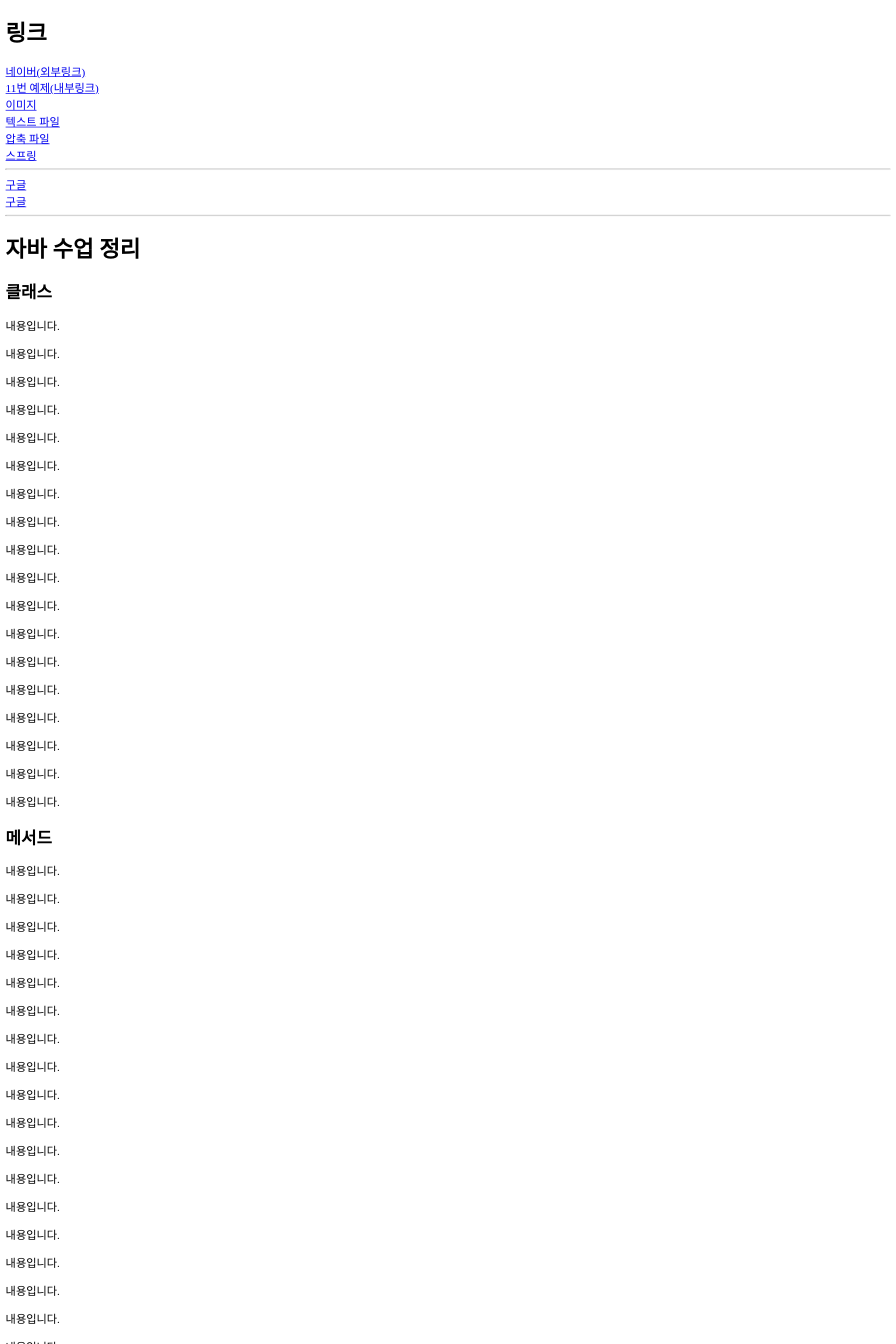
Repository: zzzzzzin/Client
Page: ClientTest/src/main/webapp/html/ex12_link.html
These files come from the project's save history. The page is drawn as it stood at one moment and after the next save; the edit follows.
The browser window is 1280 px wide. The pictures show the part of the page from y = 0 to 1920 px (the page is 2730 px tall before and 2822 px after), at 70% of full size.

Above is the page before, as saved 2024-03-13 03:25:00.

### ClientTest/src/main/webapp/html/ex12_link.html
<!DOCTYPE html>
<html>
<head>
<meta charset="EUC-KR">
<title>ex12_link</title>
</head>
<body>
	<!--
		링크, Link
		- <a>, anchor
		- 쌍태그, 혼합형

		1. Link
		2. Anchor

		a. href
			- 이동할 URL
	-->

	<h1>링크</h1>
	<a href="https://www.naver.com">네이버(외부링크)</a>
	<br>
	<a href="ex11_list.html">11번 예제(내부링크)</a>
	<br>
	<a href="images/dog.jpg">이미지</a>
	<br>
	<a href="test.txt">텍스트 파일</a>
	<br>
	<a href="html.zip">압축 파일</a>
	<br>
	<a href="https://spring.io">스프링</a>

	<hr>

	<!--
		a. targer
		- 열거형
		1. _blank
			- 새로운 창에서 링크 열기
		2. _self(default)
			- 현재 창에서 링크 열기
		3. _parent
		4. _top
		e. 프레임명


	-->
	<a href="http://google.com" target="_self">구글</a>
	<br>
	<a href="http://google.com" target="_blank">구글</a>

	<hr>

	<h1>자바 수업 정리</h1>

	<h2>클래스</h2>
	<p>내용입니다.</p><p>내용입니다.</p><p>내용입니다.</p><p>내용입니다.</p><p>내용입니다.</p><p>내용입니다.</p><p>내용입니다.</p><p>내용입니다.</p><p>내용입니다.</p><p>내용입니다.</p><p>내용입니다.</p><p>내용입니다.</p><p>내용입니다.</p><p>내용입니다.</p><p>내용입니다.</p><p>내용입니다.</p><p>내용입니다.</p><p>내용입니다.</p>

	<h2>메서드</h2>
	<p>내용입니다.</p><p>내용입니다.</p><p>내용입니다.</p><p>내용입니다.</p><p>내용입니다.</p><p>내용입니다.</p><p>내용입니다.</p><p>내용입니다.</p><p>내용입니다.</p><p>내용입니다.</p><p>내용입니다.</p><p>내용입니다.</p><p>내용입니다.</p><p>내용입니다.</p><p>내용입니다.</p><p>내용입니다.</p><p>내용입니다.</p><p>내용입니다.</p>

	<h2>인터페이스</h2>
	<p>내용입니다.</p><p>내용입니다.</p><p>내용입니다.</p><p>내용입니다.</p><p>내용입니다.</p><p>내용입니다.</p><p>내용입니다.</p><p>내용입니다.</p><p>내용입니다.</p><p>내용입니다.</p><p>내용입니다.</p><p>내용입니다.</p><p>내용입니다.</p><p>내용입니다.</p><p>내용입니다.</p><p>내용입니다.</p><p>내용입니다.</p><p>내용입니다.</p>























</body>
</html>

After the next save:
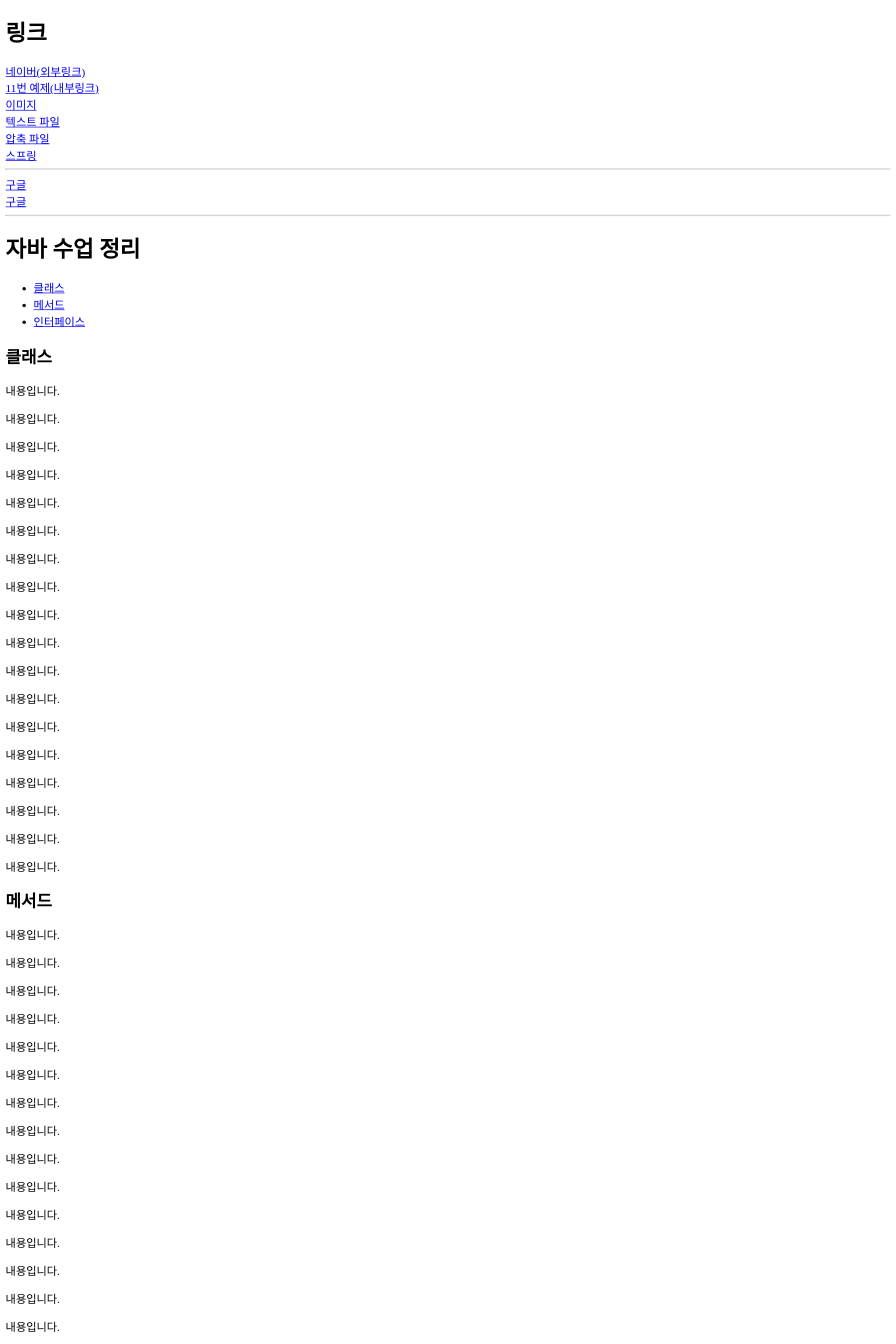
Saved 3 min 51 s later.
--- a/ClientTest/src/main/webapp/html/ex12_link.html
+++ b/ClientTest/src/main/webapp/html/ex12_link.html
@@ -53,13 +53,19 @@
 
 	<h1>자바 수업 정리</h1>
 
-	<h2>클래스</h2>
+	<ul>
+		<li><a href="#a1">클래스</a></li>
+		<li><a href="#a2">메서드</a></li>
+		<li><a href="#a3">인터페이스</a></li>
+	</ul>
+
+	<h2><a name="a1" id="a1">클래스</a></h2>
 	<p>내용입니다.</p><p>내용입니다.</p><p>내용입니다.</p><p>내용입니다.</p><p>내용입니다.</p><p>내용입니다.</p><p>내용입니다.</p><p>내용입니다.</p><p>내용입니다.</p><p>내용입니다.</p><p>내용입니다.</p><p>내용입니다.</p><p>내용입니다.</p><p>내용입니다.</p><p>내용입니다.</p><p>내용입니다.</p><p>내용입니다.</p><p>내용입니다.</p>
 
-	<h2>메서드</h2>
+	<h2><a name="a2" id="a2">메서드</a></h2>
 	<p>내용입니다.</p><p>내용입니다.</p><p>내용입니다.</p><p>내용입니다.</p><p>내용입니다.</p><p>내용입니다.</p><p>내용입니다.</p><p>내용입니다.</p><p>내용입니다.</p><p>내용입니다.</p><p>내용입니다.</p><p>내용입니다.</p><p>내용입니다.</p><p>내용입니다.</p><p>내용입니다.</p><p>내용입니다.</p><p>내용입니다.</p><p>내용입니다.</p>
 
-	<h2>인터페이스</h2>
+	<h2><a name="a3" id="a3">인터페이스</a></h2>
 	<p>내용입니다.</p><p>내용입니다.</p><p>내용입니다.</p><p>내용입니다.</p><p>내용입니다.</p><p>내용입니다.</p><p>내용입니다.</p><p>내용입니다.</p><p>내용입니다.</p><p>내용입니다.</p><p>내용입니다.</p><p>내용입니다.</p><p>내용입니다.</p><p>내용입니다.</p><p>내용입니다.</p><p>내용입니다.</p><p>내용입니다.</p><p>내용입니다.</p>
 
 
